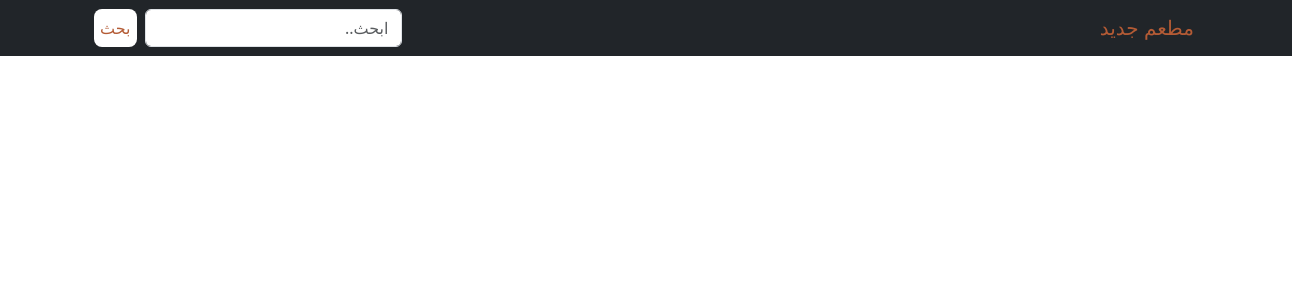
Repository: kerlos-alfy/Restaurant-Menu
Page: /
The author's editor kept a copy of each file at every save. The page is drawn from the files as they stood at one save, then again after the next save.
The browser window is 1280 px wide. The page is 1292 px wide, so the pictures cover 1292 px, including what lies to the right of the window. The pictures show the whole page.
Some web fonts or font styles are not loaded; a fallback is used. The project was rebuilt for these pictures with package versions that can differ from the ones it lists, and the page was loaded fresh each time. Also part of the build but not shown: vite.config.js, src/App.css.

Above is the page before, as saved 2024-12-20 01:06:53.

After the next save:
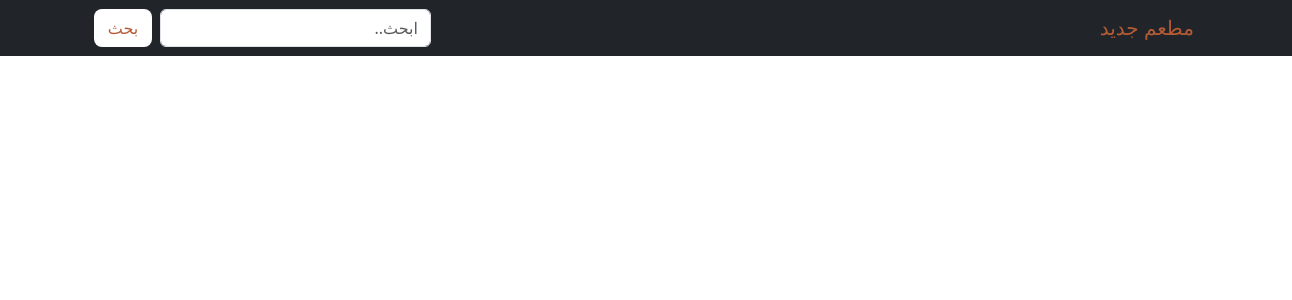
Saved 55 s later.
--- a/src/index.css
+++ b/src/index.css
@@ -144,6 +144,8 @@ button:focus-visible {
 	border-radius: 3px solid #b45b35;
 	border-radius: 8px;
 	background-color: white;
+	width: 72px;
+	font-weight: 500;
 }
 .btn-search:hover {
 	color: white;
